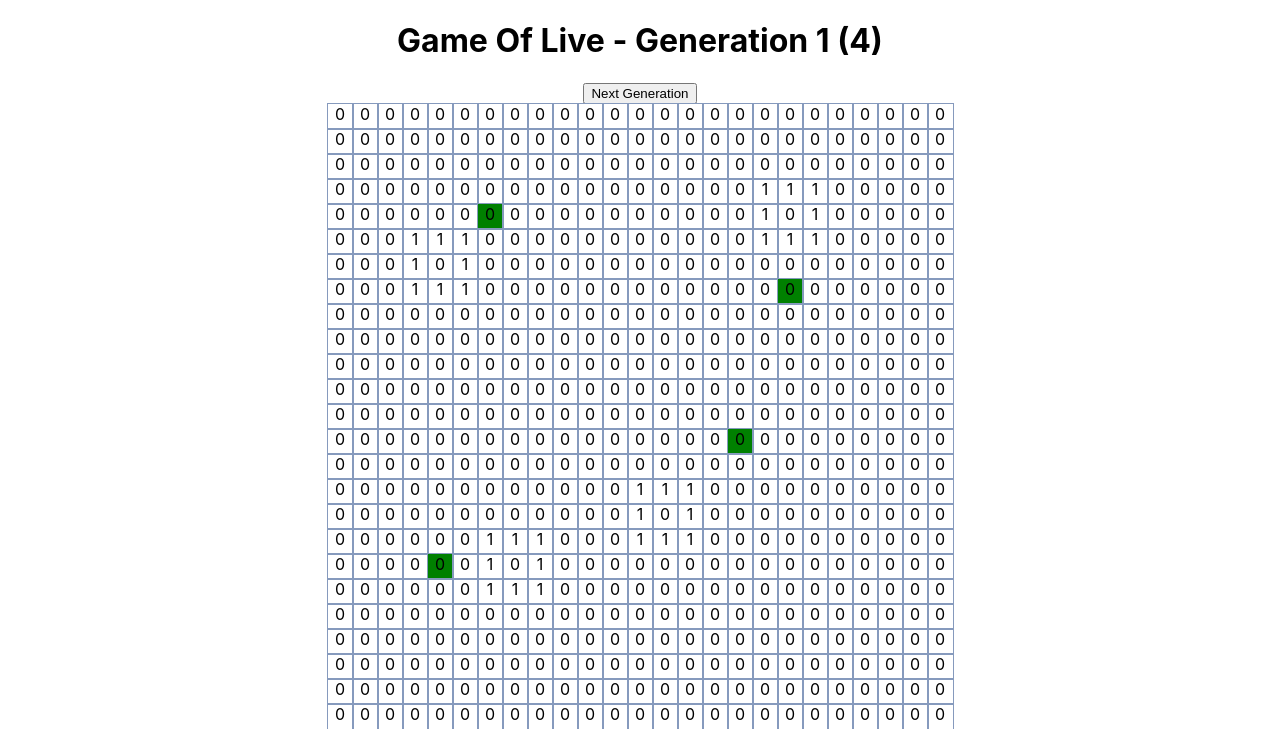
Repository: cfaguilera20/gol
Page: /
The author's editor kept a copy of each file at every save. The page is drawn from the files as they stood at one save, then again after the next save.
The browser window is 1280 px wide. The pictures show the whole page.
The project was rebuilt for these pictures with package versions that can differ from the ones it lists, and the page was loaded fresh each time.

Above is the page before, as saved 2021-07-25 13:47:01.

After the next save:
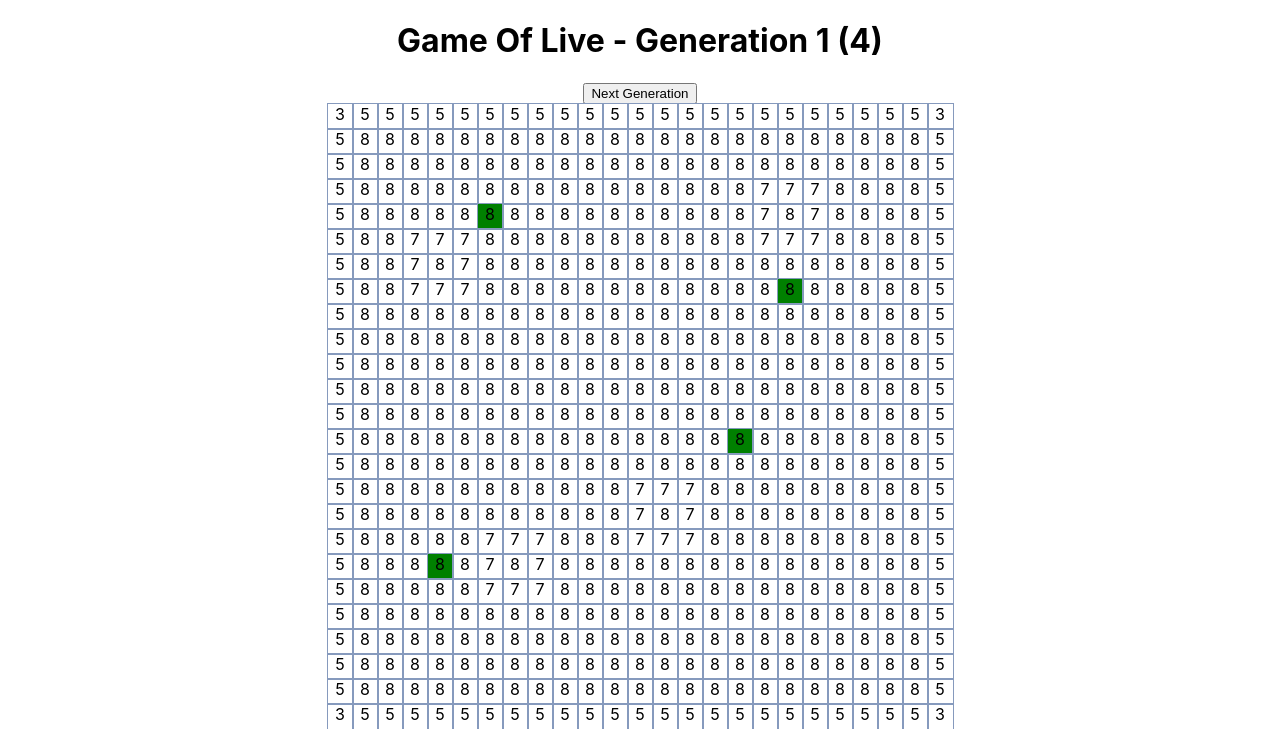
Saved 15 s later.
--- a/src/components/Board.jsx
+++ b/src/components/Board.jsx
@@ -88,7 +88,7 @@
     }
 
     getNeighborsAlive(x, y) {
-        return this.getNeighbors(x, y).filter((isAlive) => isAlive);
+        return this.getNeighbors(x, y).filter((isAlive) => !isAlive);
     }
 
     getNeighborsAliveCounter(x, y) {

After the save that followed:
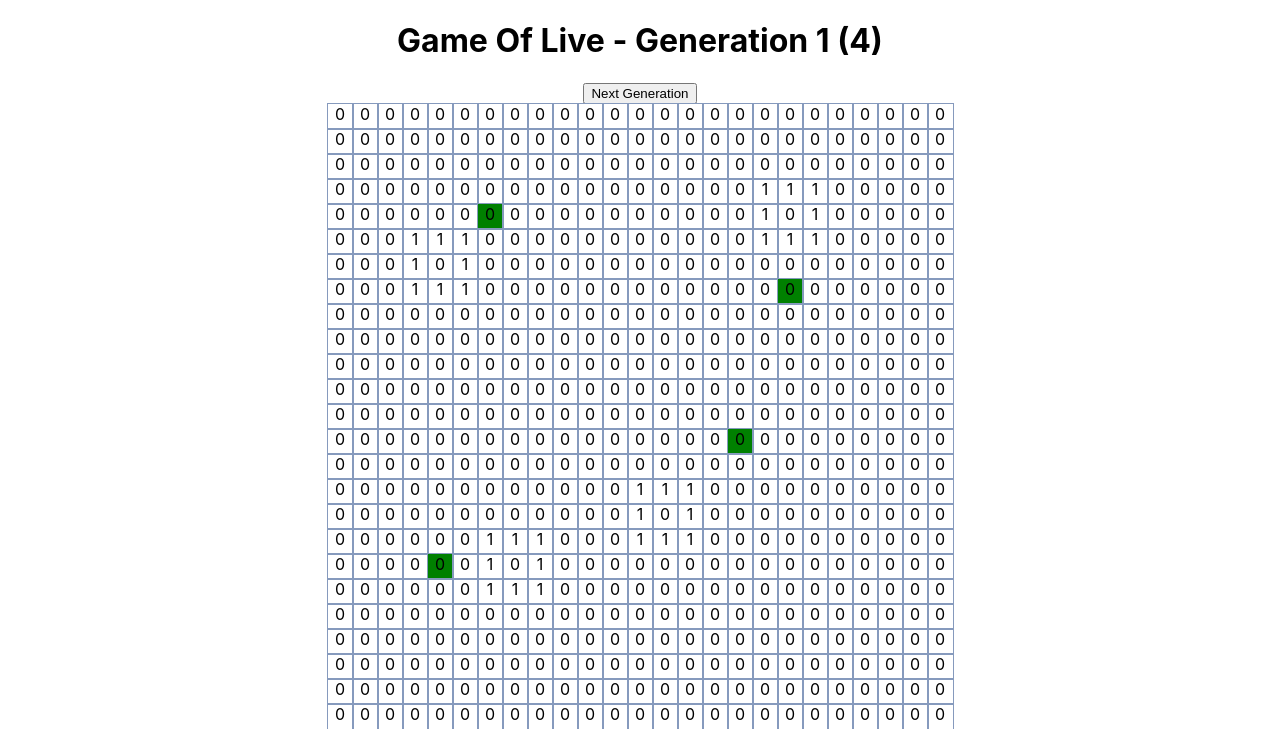
Saved 13 s later.
--- a/src/components/Board.jsx
+++ b/src/components/Board.jsx
@@ -88,7 +88,7 @@
     }
 
     getNeighborsAlive(x, y) {
-        return this.getNeighbors(x, y).filter((isAlive) => !isAlive);
+        return this.getNeighbors(x, y).filter((isAlive) => isAlive);
     }
 
     getNeighborsAliveCounter(x, y) {
